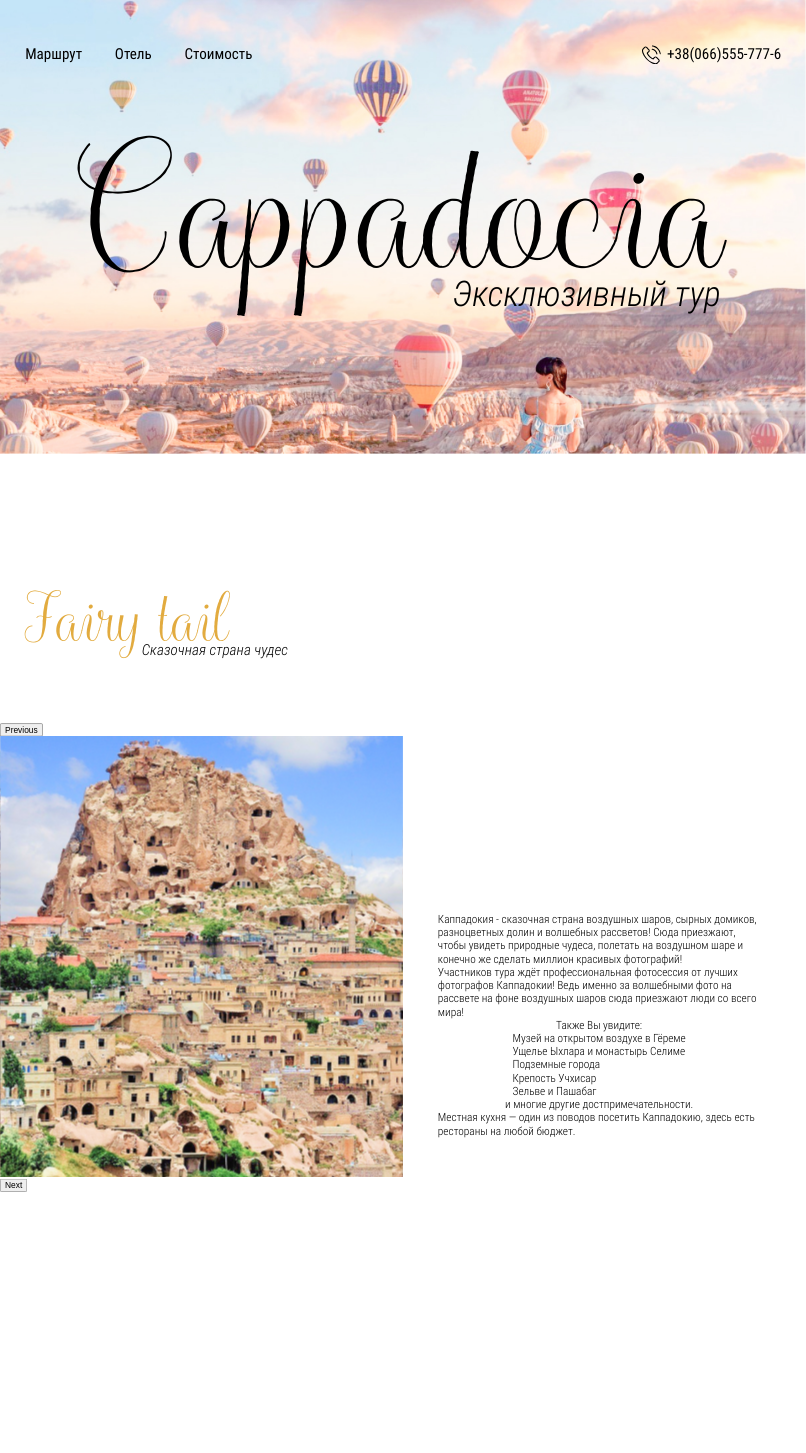
Repository: Lareeman/cappadocia
Page: index.html
These files come from the project's save history. The page is drawn as it stood at one moment and after the next save; the edit follows.
The browser window is 1280 px wide. The pictures show the whole page, at 63% of full size.

Above is the page before, as saved 2024-01-27 12:45:16.

After the next save:
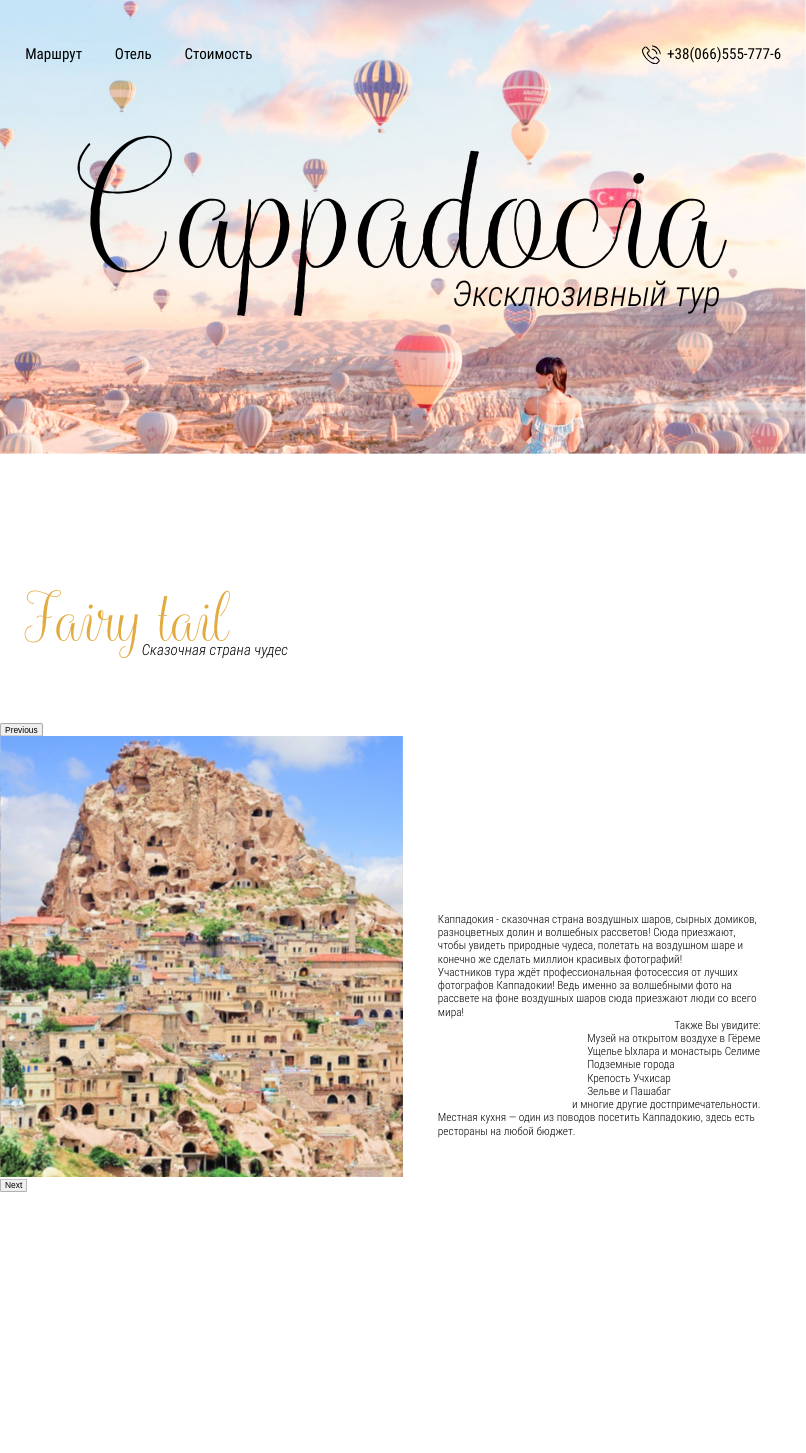
Saved 17 s later.
--- a/css/style.css
+++ b/css/style.css
@@ -197,7 +197,7 @@ body {
   display: flex;
   flex-direction: column;
   justify-content: center;
-  align-items: center;
+  align-items: flex-end;
 
 }
 
